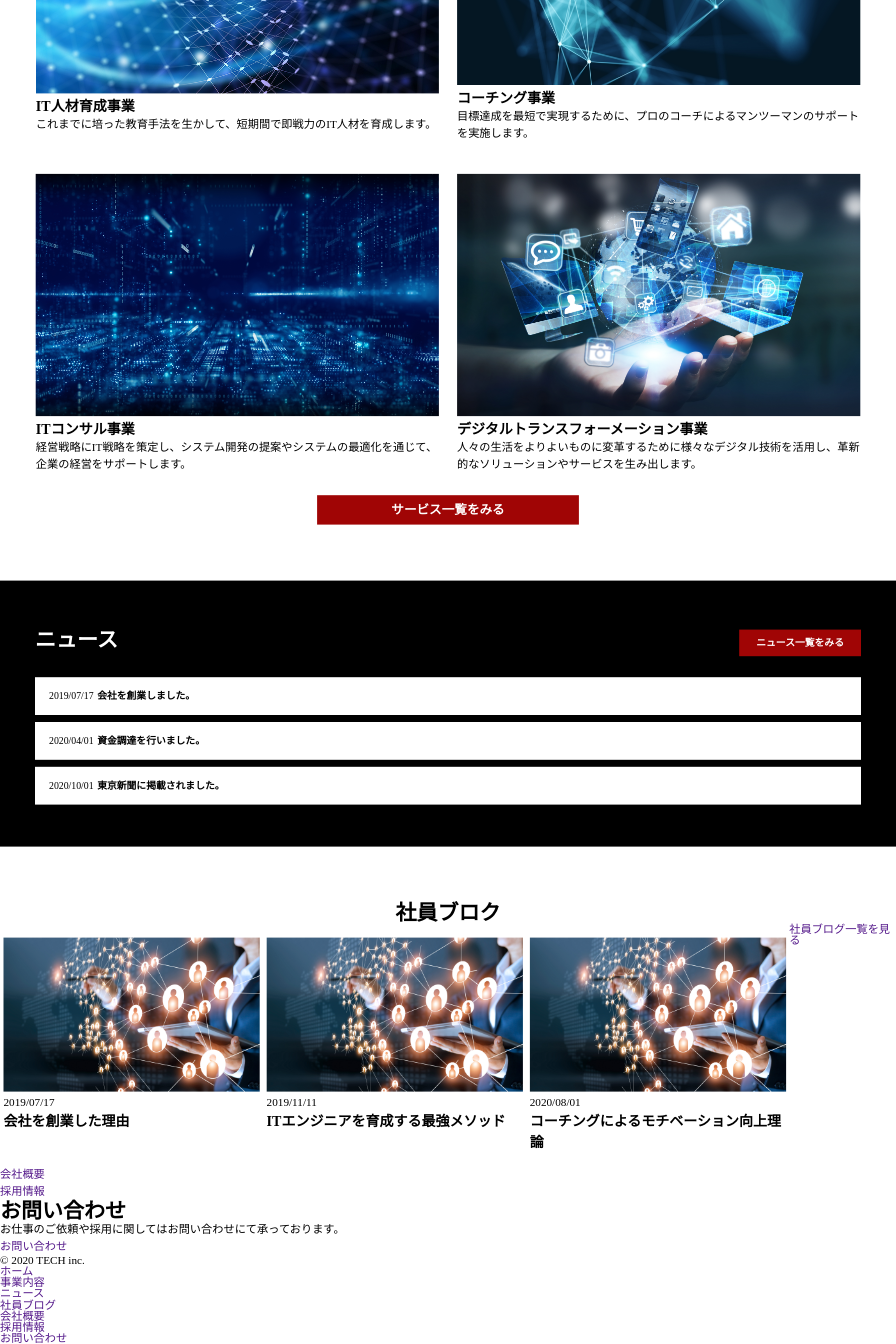
Repository: masanarimiura/20220516_miura
Page: index.html
These files come from the project's save history. The page is drawn as it stood at one moment and after the next save; the edit follows.
The browser window is 1280 px wide. The pictures show the part of the page from y = 1349 to 3269 px (the page is 3269 px tall before and 3237 px after), at 70% of full size.

Above is the page before, as saved 2022-05-13 20:40:15.

After the next save:
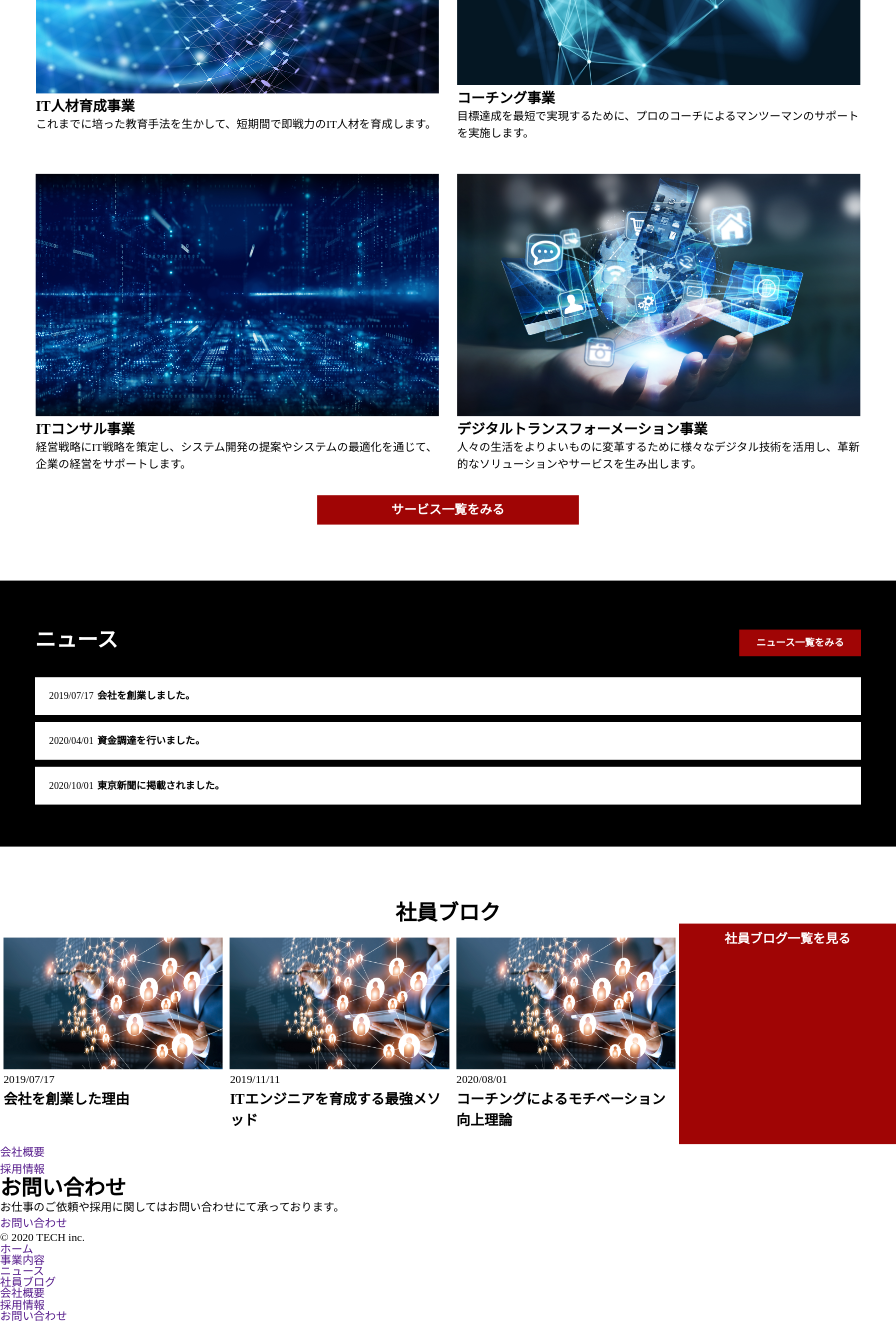
Saved 5 s later.
--- a/index.html
+++ b/index.html
@@ -109,7 +109,7 @@
         <p class="blog__date">2020/08/01</p>
         <p class="blog__txt">コーチングによるモチベーション向上理論</p>
       </div>
-      <a href="" class="botton ">社員ブログ一覧を見る</a>
+      <a href="" class="button ">社員ブログ一覧を見る</a>
     </div>
   </div>
 
